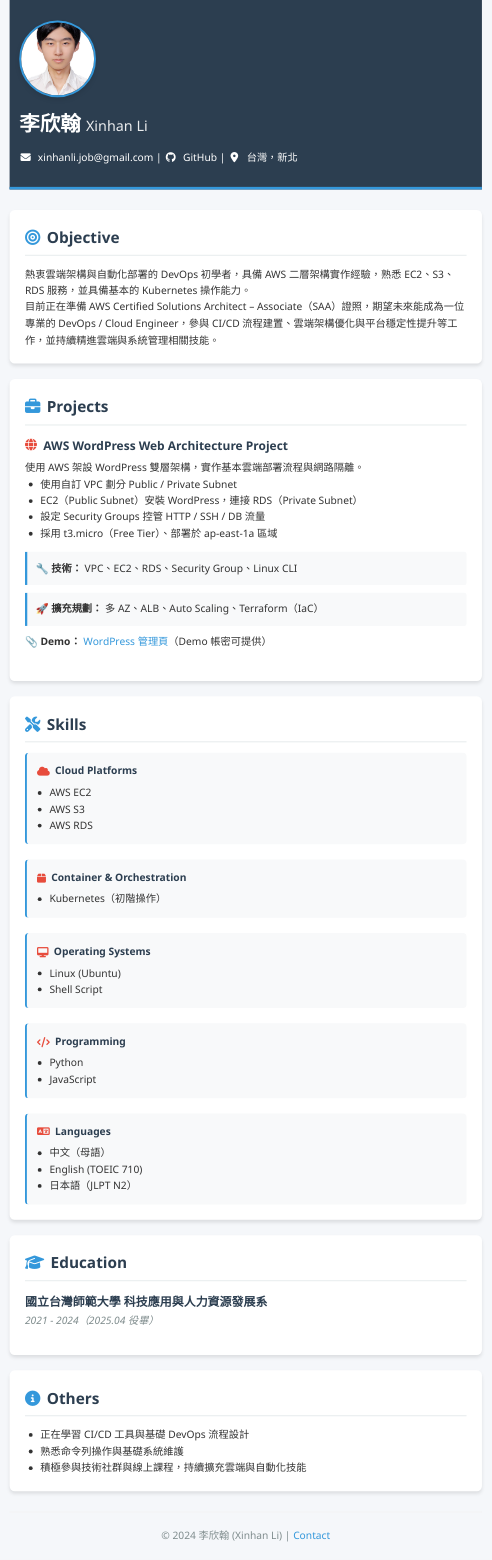
Repository: Graylee0128/aws-tf-ga-personal-website
Page: index.html
An editor plug-in stored every save of this project. The page is shown before and after the next save, followed by the edit.
The browser window is 768 px wide. The pictures show the whole page, at 64% of full size.

Above is the page before, as saved 2025-04-19 11:23:52.

### index.html
<!DOCTYPE html>
<html lang="zh-TW">
<head>
    <meta charset="UTF-8">
    <meta name="viewport" content="width=device-width, initial-scale=1.0">
    <title>李欣翰 (Xinhan Li) | DevOps & Cloud Engineer</title>
    <link rel="stylesheet" href="styles.css">
    <link rel="stylesheet" href="https://cdnjs.cloudflare.com/ajax/libs/font-awesome/6.4.0/css/all.min.css">
</head>
<body>
    <div class="container">
        <header>
            <div class="header-content">
                <div class="avatar-container">
                    <img src="/image/head.JPG" alt="大頭" class="profile-avatar">
                </div>
                <h1>李欣翰 <span class="en-name">Xinhan Li</span></h1>
                <div class="contact-info">
                    <p><i class="fas fa-envelope"></i> <a href="mailto:xinhanli.job@gmail.com">xinhanli.job@gmail.com</a> |
                    <i class="fab fa-github"></i> <a href="https://github.com/yourusername" target="_blank">GitHub</a> |
                    <i class="fas fa-map-marker-alt"></i> 台灣，新北</p>
                </div>
            </div>
        </header>

        <main>
            <section class="card">
                <h2><i class="fas fa-bullseye"></i> Objective</h2>
                <p>熱衷雲端架構與自動化部署的 DevOps 初學者，具備 AWS 二層架構實作經驗，熟悉 EC2、S3、RDS 服務，並具備基本的 Kubernetes 操作能力。</p>
                <p>目前正在準備 AWS Certified Solutions Architect – Associate（SAA）證照，期望未來能成為一位專業的 DevOps / Cloud Engineer，參與 CI/CD 流程建置、雲端架構優化與平台穩定性提升等工作，並持續精進雲端與系統管理相關技能。</p>
            </section>

            <section class="card">
                <h2><i class="fas fa-briefcase"></i> Projects</h2>

                <div class="project">
                    <h3><i class="fas fa-globe"></i> AWS WordPress Web Architecture Project</h3>
                    <p>使用 AWS 架設 WordPress 雙層架構，實作基本雲端部署流程與網路隔離。</p>
                    <ul>
                        <li>使用自訂 VPC 劃分 Public / Private Subnet</li>
                        <li>EC2（Public Subnet）安裝 WordPress，連接 RDS（Private Subnet）</li>
                        <li>設定 Security Groups 控管 HTTP / SSH / DB 流量</li>
                        <li>採用 t3.micro（Free Tier）、部署於 ap-east-1a 區域</li>
                    </ul>
                    <div class="tech-box">
                        <strong>🔧 技術：</strong> VPC、EC2、RDS、Security Group、Linux CLI
                    </div>
                    <div class="tech-box">
                        <strong>🚀 擴充規劃：</strong> 多 AZ、ALB、Auto Scaling、Terraform（IaC）
                    </div>
                    <div class="demo-link">
                        <strong>📎 Demo：</strong> <a href="http://18.162.194.92/wp-admin/" target="_blank">WordPress 管理頁</a>（Demo 帳密可提供）
                    </div>
                </div>
            </section>

            <section class="card">
                <h2><i class="fas fa-tools"></i> Skills</h2>
                <div class="skills-container">
                    <div class="skill-category">
                        <h4><i class="fas fa-cloud"></i> Cloud Platforms</h4>
                        <ul>
                            <li>AWS EC2</li>
                            <li>AWS S3</li>
                            <li>AWS RDS</li>
                        </ul>
                    </div>
                    <div class="skill-category">
                        <h4><i class="fas fa-box"></i> Container & Orchestration</h4>
                        <ul>
                            <li>Kubernetes（初階操作）</li>
                        </ul>
                    </div>
                    <div class="skill-category">
                        <h4><i class="fas fa-desktop"></i> Operating Systems</h4>
                        <ul>
                            <li>Linux (Ubuntu)</li>
                            <li>Shell Script</li>
                        </ul>
                    </div>
                    <div class="skill-category">
                        <h4><i class="fas fa-code"></i> Programming</h4>
                        <ul>
                            <li>Python</li>
                            <li>JavaScript</li>
                        </ul>
                    </div>
                    <div class="skill-category">
                        <h4><i class="fas fa-language"></i> Languages</h4>
                        <ul>
                            <li>中文（母語）</li>
                            <li>English (TOEIC 710)</li>
                            <li>日本語（JLPT N2）</li>
                        </ul>
                    </div>
                </div>
            </section>

            <section class="card">
                <h2><i class="fas fa-graduation-cap"></i> Education</h2>
                <div class="education-item">
                    <h3>國立台灣師範大學 科技應用與人力資源發展系</h3>
                    <p class="date">2021 - 2024（2025.04 役畢）</p>
                </div>
            </section>

            <section class="card">
                <h2><i class="fas fa-info-circle"></i> Others</h2>
                <ul class="others-list">
                    <li>正在學習 CI/CD 工具與基礎 DevOps 流程設計</li>
                    <li>熟悉命令列操作與基礎系統維護</li>
                    <li>積極參與技術社群與線上課程，持續擴充雲端與自動化技能</li>
                </ul>
            </section>
        </main>

        <footer>
            <p>© 2024 李欣翰 (Xinhan Li) | <a href="mailto:xinhanli.job@gmail.com">Contact</a></p>
        </footer>
    </div>
</body>
</html>

### styles/styles.css
/* Base Styles */
:root {
    --primary-color: #3498db;
    --secondary-color: #2c3e50;
    --accent-color: #e74c3c;
    --light-color: #ecf0f1;
    --dark-color: #2c3e50;
    --text-color: #333;
    --text-light: #7f8c8d;
    --card-shadow: 0 4px 6px rgba(0, 0, 0, 0.1);
    --transition: all 0.3s ease;
}

* {
    margin: 0;
    padding: 0;
    box-sizing: border-box;
}

body {
    font-family: 'Segoe UI', Tahoma, Geneva, Verdana, sans-serif;
    line-height: 1.6;
    color: var(--text-color);
    background-color: #f5f7fa;
    padding: 0;
    margin: 0;
}

.container {
    max-width: 900px;
    margin: 0 auto;
    padding: 20px;
}

/* Header Styles */
header {
    background-color: var(--secondary-color);
    color: white;
    padding: 2rem 0;
    margin-bottom: 2rem;
    border-bottom: 4px solid var(--primary-color);
}

.header-content {
    max-width: 900px;
    margin: 0 auto;
    padding: 0 20px;
}

h1 {
    font-size: 2.5rem;
    margin-bottom: 0.5rem;
}

.en-name {
    font-weight: normal;
    font-size: 1.8rem;
    opacity: 0.9;
}

.contact-info {
    margin-top: 1rem;
}

.contact-info a {
    color: white;
    text-decoration: none;
    transition: var(--transition);
}

.contact-info a:hover {
    color: var(--primary-color);
}

.contact-info i {
    margin-right: 5px;
    width: 20px;
    text-align: center;
}

/* Card Styles */
.card {
    background: white;
    border-radius: 8px;
    padding: 1.5rem;
    margin-bottom: 1.5rem;
    box-shadow: var(--card-shadow);
    transition: var(--transition);
}

.card:hover {
    transform: translateY(-5px);
    box-shadow: 0 10px 20px rgba(0, 0, 0, 0.1);
}

.card h2 {
    color: var(--secondary-color);
    margin-bottom: 1rem;
    padding-bottom: 0.5rem;
    border-bottom: 2px solid var(--light-color);
    display: flex;
    align-items: center;
}

.card h2 i {
    margin-right: 10px;
    color: var(--primary-color);
}

/* Project Styles */
.project {
    margin-bottom: 1.5rem;
}

.project h3 {
    color: var(--dark-color);
    margin-bottom: 0.5rem;
    display: flex;
    align-items: center;
}

.project h3 i {
    margin-right: 10px;
    color: var(--accent-color);
}

.project ul {
    margin-left: 1.5rem;
    margin-bottom: 1rem;
}

.tech-box {
    background-color: #f8f9fa;
    border-left: 4px solid var(--primary-color);
    padding: 0.8rem;
    margin: 0.8rem 0;
    border-radius: 0 4px 4px 0;
}

.demo-link {
    margin-top: 0.8rem;
}

.demo-link a {
    color: var(--primary-color);
    text-decoration: none;
    font-weight: 500;
}

.demo-link a:hover {
    text-decoration: underline;
}

/* Skills Styles */
.skills-container {
    display: grid;
    grid-template-columns: repeat(auto-fill, minmax(200px, 1fr));
    gap: 1.5rem;
    margin-top: 1rem;
}

.skill-category {
    background-color: #f8f9fa;
    padding: 1rem;
    border-radius: 6px;
    border-left: 3px solid var(--primary-color);
}

.skill-category h4 {
    color: var(--secondary-color);
    margin-bottom: 0.5rem;
    display: flex;
    align-items: center;
}

.skill-category h4 i {
    margin-right: 8px;
    color: var(--accent-color);
}

.skill-category ul {
    margin-left: 1.2rem;
}

/* Education Styles */
.education-item {
    margin-bottom: 1rem;
}

.education-item h3 {
    color: var(--dark-color);
    margin-bottom: 0.2rem;
}

.date {
    color: var(--text-light);
    font-style: italic;
}

/* Others Styles */
.others-list {
    margin-left: 1.5rem;
}

/* Footer Styles */
footer {
    text-align: center;
    padding: 1.5rem 0;
    margin-top: 2rem;
    color: var(--text-light);
    border-top: 1px solid #eee;
}

footer a {
    color: var(--primary-color);
    text-decoration: none;
}

footer a:hover {
    text-decoration: underline;
}

/* Responsive Design */
@media (max-width: 768px) {
    .skills-container {
        grid-template-columns: 1fr;
    }

    h1 {
        font-size: 2rem;
    }

    .en-name {
        font-size: 1.4rem;
    }

    .header-content, .container {
        padding: 0 15px;
    }
}

@media (max-width: 480px) {
    .contact-info p {
        font-size: 0.9rem;
    }
}

/* 头像容器样式 */
.avatar-container {
    width: 150px;  /* 控制容器宽度 */
    height: 150px; /* 控制容器高度 */
    border-radius: 50%; /* 圆形效果 */
    overflow: hidden; /* 隐藏超出部分 */
    border: 3px solid #3498db; /* 蓝色边框 */
    box-shadow: 0 4px 8px rgba(0, 0, 0, 0.1); /* 轻微阴影 */
    margin-right: 20px; /* 与右侧内容的间距 */
}

/* 头像图片样式 */
.profile-avatar {
    width: 100%; /* 填满容器宽度 */
    height: 100%; /* 填满容器高度 */
    object-fit: cover; /* 保持比例并填充容器 */
    object-position: center; /* 图片居中显示 */
    display: block; /* 消除图片底部间隙 */
}

/* 响应式调整 */
@media (max-width: 768px) {
    .avatar-container {
        width: 120px;
        height: 120px;
        margin-right: 0;
        margin-bottom: 15px;
    }
}

After the next save:
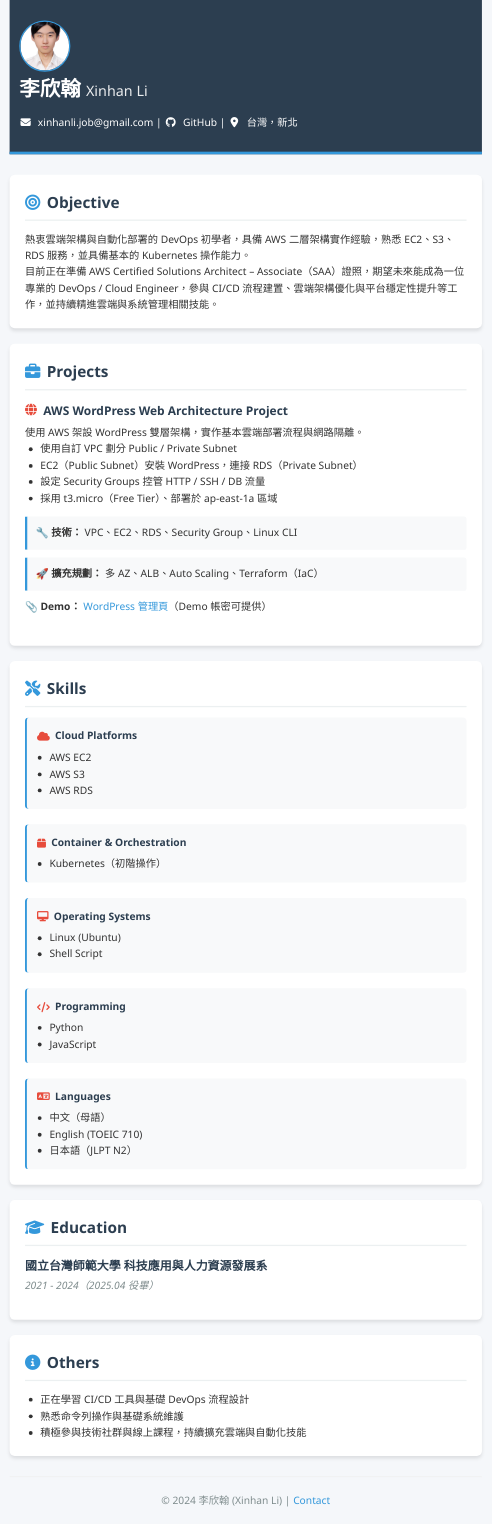
Saved 84 s later.
--- a/styles/styles.css
+++ b/styles/styles.css
@@ -245,32 +245,17 @@
     }
 }
 
-/* 头像容器样式 */
+/* 添加到您的styles.css文件 */
 .avatar-container {
-    width: 150px;  /* 控制容器宽度 */
-    height: 150px; /* 控制容器高度 */
-    border-radius: 50%; /* 圆形效果 */
-    overflow: hidden; /* 隐藏超出部分 */
-    border: 3px solid #3498db; /* 蓝色边框 */
-    box-shadow: 0 4px 8px rgba(0, 0, 0, 0.1); /* 轻微阴影 */
-    margin-right: 20px; /* 与右侧内容的间距 */
-}
-
-/* 头像图片样式 */
+    width: 80px;      /* 調小這個值縮小頭像 */
+    height: 80px;     /* 保持與width相同 */
+    border-radius: 50%;
+    overflow: hidden;
+    border: 2px solid #3498db; /* 變細邊框 */
+}
+
 .profile-avatar {
-    width: 100%; /* 填满容器宽度 */
-    height: 100%; /* 填满容器高度 */
-    object-fit: cover; /* 保持比例并填充容器 */
-    object-position: center; /* 图片居中显示 */
-    display: block; /* 消除图片底部间隙 */
-}
-
-/* 响应式调整 */
-@media (max-width: 768px) {
-    .avatar-container {
-        width: 120px;
-        height: 120px;
-        margin-right: 0;
-        margin-bottom: 15px;
-    }
-}
+    width: 100%;
+    height: 100%;
+    object-fit: cover;
+}
